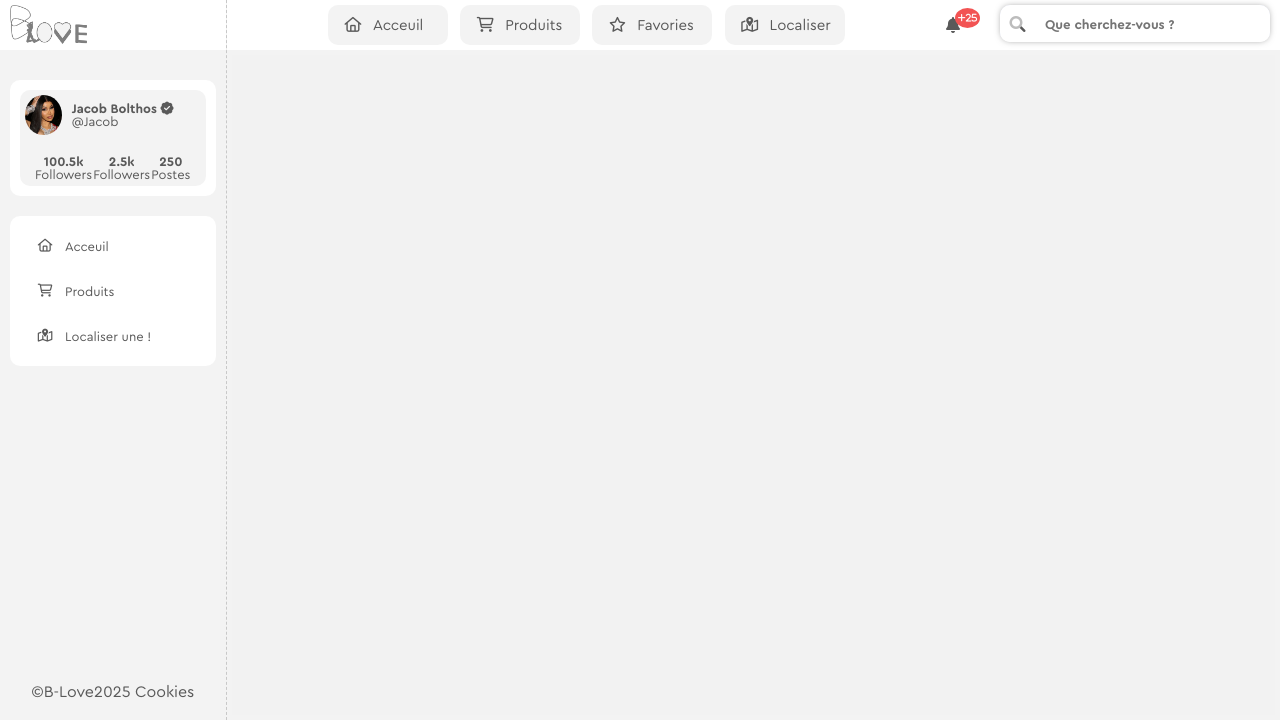
Repository: moomoony-log/b-love
Page: /home
The author's editor kept a copy of each file at every save. The page is drawn from the files as they stood at one save, then again after the next save.
The browser window is 1280 px wide. The pictures show the whole page.
The project was rebuilt for these pictures with package versions that can differ from the ones it lists, and the page was loaded fresh each time. Also part of the build but not shown: vite.config.ts, src/rules/legacy.tsx, src/rules/privacy.tsx, src/components/basic/notification.tsx, src/view/auth.tsx, src/view/main/acceuil.tsx, src/view/main/dashbord.tsx, src/view/main/info-account.tsx and 3 more.

Above is the page before, as saved 2025-10-14 18:26:53.

### index.html
<!--
        ?????????         ?????????        ???????????????????
        ????? ?????     ????? ?????      ??????????   ??????????
        ?????  ?????   ?????  ?????    ????????         ????????
        ?????   ????? ?????   ?????    ??????            ????????
        ?????    ?????????    ?????    ??????            ????????
        ?????      ?????      ?????    ???????          ????????
        ?????                 ?????     ?????????      ????????
        ?????                 ?????        ???????????????????
        ?????                 ?????         ????????????????

    TRAVAIL JUSQU'A CE QU'ON DISE QUE TU ES FRANC-MAÇON
    TRAVAIL JUSQU'A CE QU'ON DISE QUE TU ES FRANC-MAÇON
    TRAVAIL JUSQU'A CE QU'ON DISE QUE TU ES FRANC-MAÇON
-->
<!doctype html>
<html lang="en">
  <head>
    <meta charset="UTF-8">
    <meta name="viewport" content="width=device-width, initial-scale=1.0">
    <meta http-equiv="X-UA-Compatible" content="IE=edge">
    <!-- Inbuilt -->
    <link rel="shortcut icon" href="./img/logoloveb.png" type="image/x-icon">
    <!-- <link rel="stylesheet" href="./vendor/font-awesome-pro/css/all.css">  -->
    <!-- <link rel="stylesheet" href="./css/app.css">  -->
    <title>B!love</title>
  </head>
  <body id="index">
    <div id="main-container"></div>
    <script type="module" src="/src/main.tsx"></script>
  </body>
</html>

### src/main.tsx
import { StrictMode } from 'react'
import { createRoot } from 'react-dom/client'
import App from './app'

createRoot(document.getElementById('main-container')!).render(
  <StrictMode>
    <App />
  </StrictMode>
)

### src/app.tsx

import { createBrowserRouter, RouterProvider } from "react-router-dom";
import Legacy from "./rules/legacy";
import Privacy from "./rules/privacy";
import Main from "./view/main/main";
import Auth from "./view/auth";
import Acceuil from "./view/main/acceuil";
import Dashbord from "./view/main/dashbord";
import "../public/css/app.css"
import "../public/vendor/font-awesome-pro/css/all.css"
import InfoAccount from "./view/main/info-account";
import Account from "./view/main/account";
import BecomeToMember from "./view/main/becomeToMember";
import Product from "./view/main/product";

// import Auth from "./view/auth";

const router =  createBrowserRouter([
	{
		path:'/',
		element:<Auth/>
	},
	{
		path:'/legacy',
		element:<Legacy/>
	},
	{
		path:'/privacy',
		element:<Privacy/>
	},
	{
		path:'/home',
		element:<Main/>,
		children:[
			{
				path:'acceuil',
				element: <Acceuil/>
			},
			{
				path:'dashbord',
				element: <Dashbord/>,
			},
			{
				path: 'product',
				element: <Product/>
			},
			{
				path:'check',
				element: <div>Localisation</div>
			},
			{
				path:'client',
				element: <InfoAccount/>,
				children: [
					{
						path:'compte',
						element: <Account/>
					},
					{
						path:'devenir_membre',
						element: <BecomeToMember/>
					},

				]
			}

		]
	}
])

// --> POINT D'ENTREE DANS L'APP(INDEX --> AUTH)
function App() {
	return <RouterProvider router={router}/>
}

export default App

### src/view/main/main.tsx
import { useEffect, useRef } from "react"
import { NavLink, Outlet } from "react-router-dom"
import Input from "../../components/basic/input"
import Button from "../../components/basic/button"
import ConfirmModal from "../../components/basic/modals/confirm"
import PublicationModal from "../../components/basic/modals/publication"

// --> content app-right

const Main = () => {
    const mainRef = useRef<HTMLDivElement>(null)
    useEffect(()=> {
		const index = mainRef.current?.parentElement?.parentElement

		if(index) index.removeAttribute("id")
		return () => { index?.setAttribute("id","index") }
	}, [])

    return (
        <>
        <div id="modals">
            {/* <PublicationModal/> */}
        </div>
        <div id="app" ref={mainRef}>
            <div id="app-content-left">
                <div className="logo-content">
                    <img src="../../img/logB-love.png" alt=""/>
                    <i className="fa-regular fa-xmark-large"></i>
                </div>
                <div className="infos-account">
                    <NavLink to={"/home/client"}>
                        <div className="cont-infos-account">
                        <div className="identity">
                            <div className="cont-account-img" data-name="account"><img src="../../img/cardi_b.webp" alt="account-image"/></div>
                            <div className="name">
                                <span>Jacob Bolthos <i className="fa-solid fa-badge-check fa-rotate-by"></i></span>
                                <span>@Jacob</span>
                            </div>
                        </div>
                        <div className="followers">
                            <div className="cont-datail">
                                <span className="nb-follower">100.5k</span>
                                <span>Followers</span>
                            </div>
                            <div className="cont-datail">
                                <span className="nb-follower">2.5k</span>
                                <span>Followers</span>
                            </div>
                            <div className="cont-datail">
                                <span className="nb-post">250</span>
                                <span>Postes</span>
                            </div>
                        </div>
                    </div>
                    </NavLink>
                </div>
                 <div className="content-home-btn" data-parent="bar-left">
                    <Button type="button" children={true} to="/home/acceuil" name="Acceuil" icon="fa-regular fa-home" border={true} />
                    <Button type="button" children={true} to="/home/product" name="Produits" icon="fa-regular fa-cart-shopping" border={true} />
                    <Button type="button" children={true} to="/home/check" name="Localiser une !" icon="fa-regular fa-map-location-dot" border={true} />
                </div>
                <div className="privacy-terms">
                    ©B-Love2025 Cookies
                </div>
            </div>
            <div id="app-content-right">
                <div className="head">
                    <div className="cont-head">
                        <div className="logo-content">
                            <i className="fa-solid fa-arrow-left-from-line"></i>
                            <img src="../img/logB-love.png" alt=""/>
                        </div>
                        <div className="navigation-btn">
                            <Button type="button" navigate="true" children={true} to="/home/acceuil" name="Acceuil" icon="fa-regular fa-home" border={true} />
                            <Button type="button" navigate="true" children={true} to="/home/product" name="Produits" icon="fa-regular fa-cart-shopping" border={true} />
                            <Button type="button" navigate="true" children={true} to="/home/favories" name="Favories" icon="fa-regular fa-star" border={true} />
                            <Button type="button" navigate="true" children={true} to="/home/check" name="Localiser" icon="fa-regular fa-map-location-dot" border={true}/>
                        </div>
                        <div className="account-btn">
                            <div className="notifs">
                                <i className="fa-solid fa-bell" title="Notifications" data-count="+25"></i>
                            </div>
                            <div className="search">
                                <Input type="text" icon="fa-duotone fa-magnifying-glass" placeholder="Que cherchez-vous ?"/>
                                <div className="cont-recent-search">
                                    <div className="recent-search-item">
                                        <i className="fa-duotone fa-timer"></i>
                                        <span>Alissa la plus go du peuple</span>
                                        <i className="fa-solid fa-xmark"></i>
                                    </div>
                                    <div className="recent-search-item">
                                        <i className="fa-duotone fa-timer"></i>
                                        <span>Alissa la plus go du peuple</span>
                                        <i className="fa-solid fa-xmark"></i>
                                    </div>
                                    <div className="recent-search-item">
                                        <i className="fa-duotone fa-timer"></i>
                                        <span>Alissa la plus go du peuple </span>
                                        <i className="fa-solid fa-xmark"></i>
                                    </div>
                                    <div className="recent-search-item">
                                        <i className="fa-duotone fa-timer"></i>
                                        <span>Alissa la plus go du peuple</span>
                                        <i className="fa-solid fa-xmark"></i>
                                    </div>
                                </div>
                            </div>
                        </div>
                    </div>
                    <div className="navigation-btn dos">
                        <button type="button" className="ui-btn" name=""  data-size="large"  data-navigate data-active><i className="fa-regular fa-house"></i> </button>
                        <button type="button" className="ui-btn" name=""  data-size="large"  data-navigate ><i className="fa-regular fa-cart-shopping"></i></button>
                        <button type="button" className="ui-btn" name=""  data-size="large"  data-navigate ><i className="fa-regular fa-star"></i></button>
                        <button type="button" className="ui-btn" name=""  data-size="large"  data-navigate ><i className="fa-regular fa-map-location-dot"></i></button>
                        <button type="button" className="ui-btn" name=""  data-size="large"  data-navigate ><i className="fa-solid fa-bell" title="Notifications" data-count="+25"></i> </button>
                    </div>
                </div>
                {/* Contenu des notifications de (messages de l'app) */}
                <div className="message-container" data-show_>
                    <span className="title" data-number="355"><i className="fa-solid fa-bell"></i> Notifications</span>
                    <div className="item-cont cool-scroll-bar">
                        <div className="message-item">
                            <div className="cont-account-img" data-name="pub-2"><img src="../img/cardi_b.webp" alt="account-image"/></div>
                            <div className="comment">
                                <span className="names">ALAIN Dowahi Fall</span>
                                <span className="text">Vous suit à présent</span>
                                <span className="time"><i className="fa-regular fa-timer"></i> Maintenant</span>
                            </div>
                        </div>
                        <div className="message-item">
                            <div className="cont-account-img" data-name="pub-2"><img src="../img/cardi_b.webp" alt="account-image"/></div>
                            <div className="comment">
                                <span className="names">ALAIN Dowahi Fall</span>
                                <span className="text">Vous suit à présent</span>
                                <span className="time"><i className="fa-regular fa-timer"></i> Maintenant</span>
                            </div>
                        </div>
                        <div className="message-item" data-new="">
                            <div className="cont-account-img" data-name="pub-2"><img src="../img/cardi_b.webp" alt="account-image"/></div>
                            <div className="comment">
                                <span className="names">ALAIN Dowahi Fall</span>
                                <span className="text">A signalé votre compte</span>
                                <span className="time"><i className="fa-regular fa-timer"></i> Il ya 12h</span>
                            </div>
                        </div>
                        <div className="message-item">
                            <div className="cont-account-img" data-name="pub-2"><i className="fa-solid fa-gears"></i></div>
                            <div className="comment">
                                <span className="names">ALAIN Dowahi Fall</span>
                                <span className="text">Vous vous est connecté depuis un autre emplacemnet</span>
                                <span className="time"><i className="fa-regular fa-timer"></i> Il ya 12h</span>
                            </div>
                        </div>
                        <div className="message-item">
                            <div className="cont-account-img" data-name="pub-2"><i className="fa-solid fa-gears"></i></div>
                            <div className="comment">
                                <span className="names">ALAIN Dowahi Fall</span>
                                <span className="text">Vous vous est connecté depuis un autre emplacemnet</span>
                                <span className="time"><i className="fa-regular fa-timer"></i> Il ya 12h</span>
                            </div>
                        </div>
                        <div className="message-item">
                            <div className="cont-account-img" data-name="pub-2"><i className="fa-solid fa-gears"></i></div>
                            <div className="comment">
                                <span className="names">ALAIN Dowahi Fall</span>
                                <span className="text">Vous vous est connecté depuis un autre emplacemnet</span>
                                <span className="time"><i className="fa-regular fa-timer"></i> Il ya 12h</span>
                            </div>
                        </div>
                    </div>
                </div>
                <div className="body">
                    <div className="body-2 cool-scroll-bar">
                        <Outlet/>
                    </div>
                </div>
            </div>
        </div>
        </>
    )
}

export default Main

### public/css/config/config.css
/* Style global de configuration */

/* Police d'ecriture */
/* Cera */
@font-face{
    font-family: 'Cera';
    src: url('../../font/cera-round-pro/CeraRoundPro-Bold.otf');
    font-weight: bold;
}
@font-face {
    font-family: 'Cera';
    src: url('../../font/cera-round-pro/CeraRoundPro-Regular.otf');
    font-weight: normal;
}

/* body{
    display: flex !important;
    padding: 5px;
    height: 100%;
    width: 100%;
    position: absolute;
    top: 0;
    left: 0;
    overflow: hidden;
} */
body *{
    box-sizing: border-box;
    font-family: 'Cera', sans-serif;
    font-weight: bold;
}

button:focus, input:focus, textarea:focus, select:focus {
    outline: none;
}

button {
    cursor: pointer;
    border: none;
}

h1, h2, h3, h4, h5, p {
    color: inherit;
    margin: 0;
    padding: 0;
    text-decoration: inherit;
}

img{
    height: inherit;
    max-width: 100%;
}

### public/css/component/components.css
 /* Imporation des dependances */
 @import url('input.css');
 @import url('button.css');
 @import url('img.css');
 @import url('notification.css');
 @import url('loader.css');
 @import url('table.css');
 @import url('./modals/modal.css');

 @keyframes text{
    0%{
        transform: translateX(100%);
    }
    100%{
        transform: translateX(-100%);
    }
 }

### public/css/views.css
/* --> Css relative à toutes les vues communes  */
@import url('views/auth.css');
@import url('views/legacy.css');
@import url('views/privacy.css');

### public/css/animation.css
@keyframes reotateInner {
    from {
       transform: rotate(0);
    }
    to{
       transform: rotate(180deg);
    }
 }
 @keyframes Online {
    0%, 100% {
       transform: scale(1.5);
       opacity: 1;

    }
    50% {
       transform: scale(0.5);
       /* opacity: 0.5; */
    }
 }
  @keyframes Online2 {
    0%, 100% {
       opacity: 1;

    }
    50% {
       opacity: 0.5;
    }
 }
 @keyframes spin {
   0%{
      transform: rotate(0deg);
   }
   100%{
      transform: rotate(360deg);
   }

 }
  @keyframes opa {
   0%{
      opacity: .4;
   }
   100%{
      opacity: 1;
   }

 }

### public/css/utils/utils.css
@import url('variable.css');
@import url('helper.css');

### public/css/utils/variable.css
/* Variables */
:root{
    --color-white: #ffffff;
    --color-gray-soft: #F6F8FA;
    --color-gray-medium: #b0b0b0;
    --color-gray-hard: #595959;
    --color-gray-hard-1: #7f7f7f;
    /* --color-gray-hard-3: #d4d2d246; */
    --color-gray-hard-3: #f2f2f2e7;
    --color-gray-hard-5: #f2f2f2;
    --color-gray-hard-4: #5959592f;
    --color-blue-lite: #dbf5ff;
    --color-blue-soft: #00B0F0;
    --color-blue-soft-2: #9ab9dc;
    --color-blue-hard: #2A6EBB;
    --color-green-lite: #aefecf;
    --color-green-lite-2: #80d6a4;
    --color-green-hard: #41cf7c;
    --color-red-lite: #ffcdcd;
    --color-red-soft: #f58e8e;
    --color-red-hard: #f25353;
    --shadow-one: 0 0 5px #eee;
    --shadow-two: 0 0 5px #84b1c3;
    --shadow-3: 0 0 4px #bababa;
    --bezier-1: cubic-bezier(0.68, -0.55, 0.27, 1.55);
}

### public/css/utils/helper.css
/* cool-scroll-bar */
.cool-scroll-bar::-webkit-scrollbar{
    width: 3px;
    height: 3px;
    border-radius: 50px !important;
    background-color: var(--color-gray-soft);
    box-shadow: 0 0 5px var(--color-gray-soft);
}
.cool-scroll-bar::-webkit-scrollbar-thumb{
    background-color: var(--color-gray-medium);
    border-radius: 50px !important;
}

### public/css/views/legacy.css
.legacy {
    z-index: 10;
    height: 100%;
    padding: 20px;
    overflow: auto;
}
.legacy p{
    font-size: 40px;
}

### public/css/views/privacy.css
.privacy {
    z-index: 10;
    height: 100%;
    padding: 20px;
    overflow: auto;
}
.privacy p{
    font-size: 40px;
}

### public/css/component/loader.css

/* CSS DU COMPOSANT DE CHRAGEMENT */
#loader{
    position: absolute;
    display: flex;
    flex-direction: column;
    width: 100%;
    gap: 10px;
    height: 100%;background-color: rgba(255, 255, 255, 0.744);
    justify-content: center;
    align-items: center;
    z-index: 1000;
}

#loader .spinner{
    height: 60px;
    width: 60px;
    display: flex;
    justify-content: center;
    align-items: center;
    position: relative;
    animation: spin 2s linear infinite;
}
#loader .spinner::before{
    content: '';
    height: 100%;
    width: 100%;
    position: absolute;
    border-radius: 50%;
    border: solid 4px var(--color-gray-hard-3);
}
#loader .spinner::after{
    content: '';
    height: 100%;
    width: 100%;
    position: absolute;
    border-radius: 50%;
    border: solid 4px transparent;
    border-left-color:var(--color-gray-hard-1);
    animation: spin 0.8s linear infinite, opa 0.8s ease-in-out infinite alternate-reverse;
}
#loader img{
    width: 95px;
    height: 50px;
}
#loader i{
    font-size: 20px;
}
#loader .i{
   background-color: var(--color-gray-hard-);
   padding: 7px;
   display: flex;
   align-items: center;
   justify-content: center;
   border-radius: 5px;
}

### public/css/component/table.css
.infos-personnels[data-name="statut"] .availability table{
    border-collapse: collapse;
    width: 100%;
    background-color: var(--color-white);
    text-align: center;
    font-size: 13px;
}
.availability table th,
.availability table td{
    height: 40px;
    padding: 3px;
}
.availability table td:last-child{
    text-align: right;
}
.availability table tbody tr:hover{
    background-color: var(--color-gray-hard-3);
}

.cont-my-post table{
    width: 100%;
    border-spacing: 0 5px;
    background-color: var(--color-white);
    text-align: center;
    padding: 5px;
    border-radius: 5px;
}
.cont-my-post table tbody td:last-child button{
    background-color: white;
    margin-left: 5px;
}
.cont-my-post table tbody tr:hover td{
    background-color: var(--color-white);
}
.cont-my-post table tbody tr:hover td:last-child button{
    background-color: var(--color-gray-hard-3);
}

.cont-my-post table tbody td{
    padding: 5px;
    background-color: var(--color-gray-hard-3);
    font-weight: lighter;
    margin: 10px;
}
.cont-my-post table tbody td:last-child{
    text-align: right;
}


@media (max-width: 855px) {
    .cont-my-post table{
        font-size: 12px;
    }
    .cont-my-post table tbody td:last-child{
        display: flex;
        flex-direction: column;
        margin: 0;
        gap: 5px;
    }
}

@media (max-width: 355px) {
    .cont-my-post table tbody td:last-child{
        font-size: 11px;
    }
}

### src/utils/utils.ts
class Utils {

    static emailValidation(email: string) : boolean {
        const emailRegex :RegExp = /^[^\s@]+@[^\s@]+\.[^\s@]+$/
        return emailRegex.test(email)
    }

    static inputValue(value: string, minLenght: number) : boolean {
        const inputRegex :RegExp = /^[A-Za-zÀ-ÖØ-öø-ÿ\s]+$/

        if (value.length > minLenght && inputRegex.test(value)) return inputRegex.test(value)
        else return false
    }

    static passwordValidation = (value: string):boolean => {
        const passwordRegex: RegExp = /^(?=.*?[A-Z])(?=.*?[a-z])(?=.*?[0-9])(?=.*?[#?!@$%^&*-]).{8,}$/g
        if (passwordRegex.test(value)) return true
        else return false
    }

    static otpValidation = (value: string):boolean => {
        const otpRegex : RegExp = /^[0-9]+$/gm
        if(otpRegex.test(value) && value.length === 1) return true
        else return false
    }

}

export default Utils

### src/components/basic/modals/pubItem.tsx
// --> Item Publication Modal

const ItemPub = () => {
    return(
        <>
        <div className="modal" data-name="publication" data-show>
                <div className="box">
                    <div className="modal-head">
                        <span className="title"><i className="fa-regular fa-pen"></i> Publier</span>
                        <span className="exit"><i className="fa-solid fa-circle-xmark"></i></span>
                    </div>
                    <div className="body">

                    </div>
                    <div className="controler">
                        <button type="button" className="ui-btn" name=""  data-size="large"  color=""> <i className="fa-regular fa-pen"></i> Publier</button>
                    </div>
                </div>
            </div>
        </>
    )
}

export default ItemPub

Loaded but not shown: public/vendor/font-awesome-pro/css/all.css (library); public/css/app.css (2376 lines, source omitted); src/components/basic/input.tsx (178 lines, source omitted); public/css/views/auth.css (265 lines, source omitted); public/css/component/input.css (227 lines, source omitted); public/css/component/button.css (208 lines, source omitted); public/css/component/modals/publication.css (141 lines, source omitted); public/css/component/img.css (159 lines, source omitted); public/css/component/notification.css (131 lines, source omitted); public/css/component/modals/modal.css (79 lines, source omitted); public/css/component/modals/confirm.css (57 lines, source omitted); src/components/basic/button.tsx (50 lines, source omitted)

After the next save:
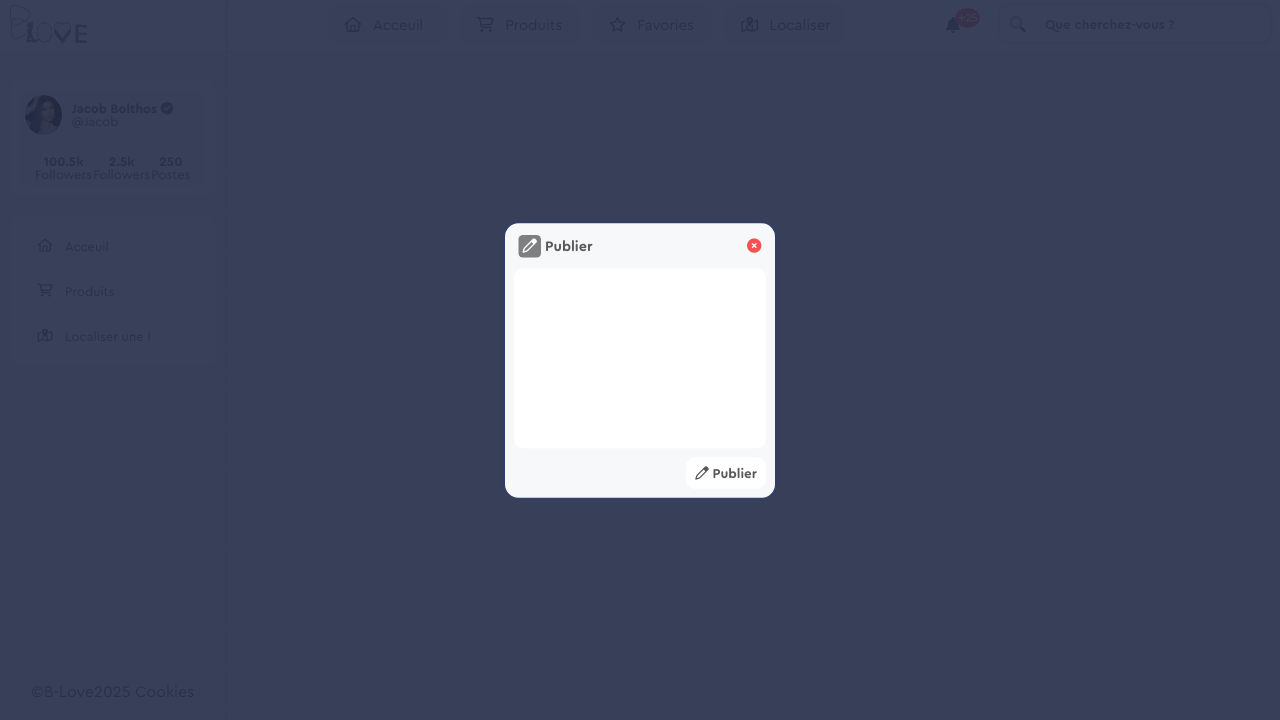
Saved 38 s later.
--- a/src/view/main/main.tsx
+++ b/src/view/main/main.tsx
@@ -4,6 +4,7 @@ import Input from "../../components/basic/input"
 import Button from "../../components/basic/button"
 import ConfirmModal from "../../components/basic/modals/confirm"
 import PublicationModal from "../../components/basic/modals/publication"
+import ItemPub from "../../components/basic/modals/pubItem"
 
 // --> content app-right
 
@@ -19,7 +20,7 @@ const Main = () => {
     return (
         <>
         <div id="modals">
-            {/* <PublicationModal/> */}
+            <ItemPub/>
         </div>
         <div id="app" ref={mainRef}>
             <div id="app-content-left">
